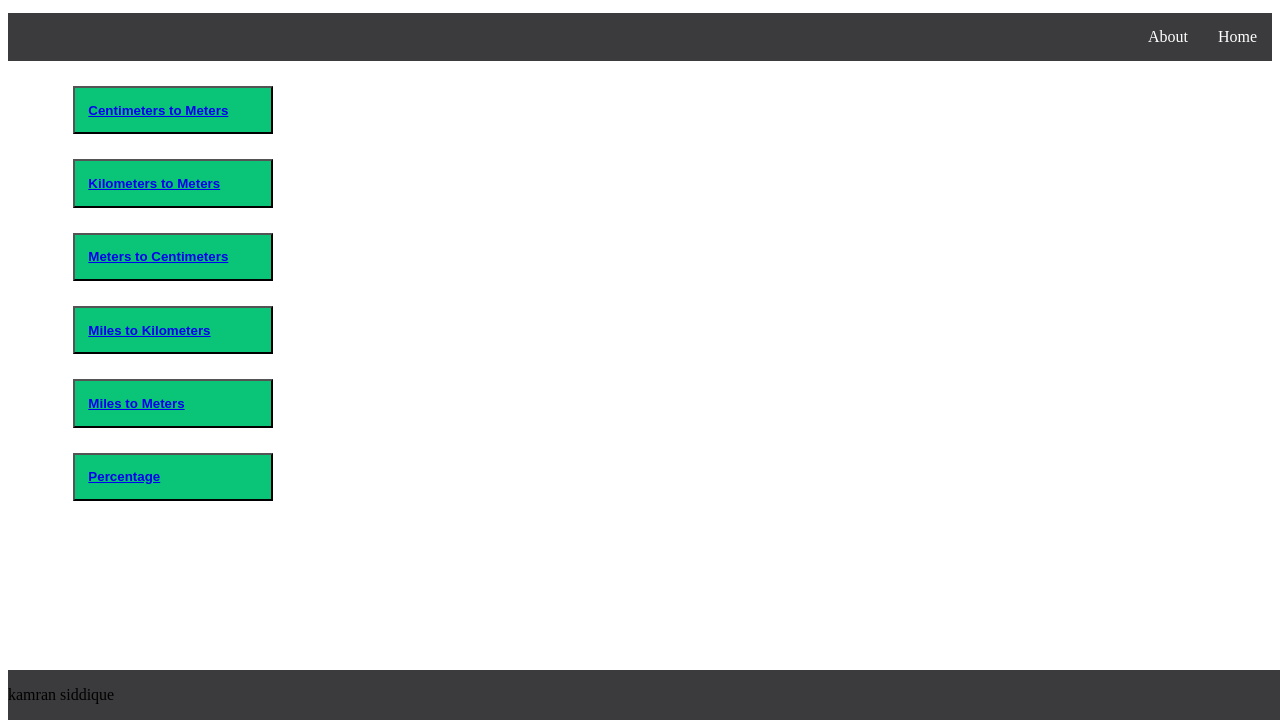
Repository: Kamrangujjar85112/Length-Converter
Page: html/home.html
An editor plug-in stored every save of this project. The page is shown before and after the next save, followed by the edit.
The browser window is 1280 px wide. The pictures show the whole page.

Above is the page before, as saved 2022-01-21 03:35:23.

After the next save:
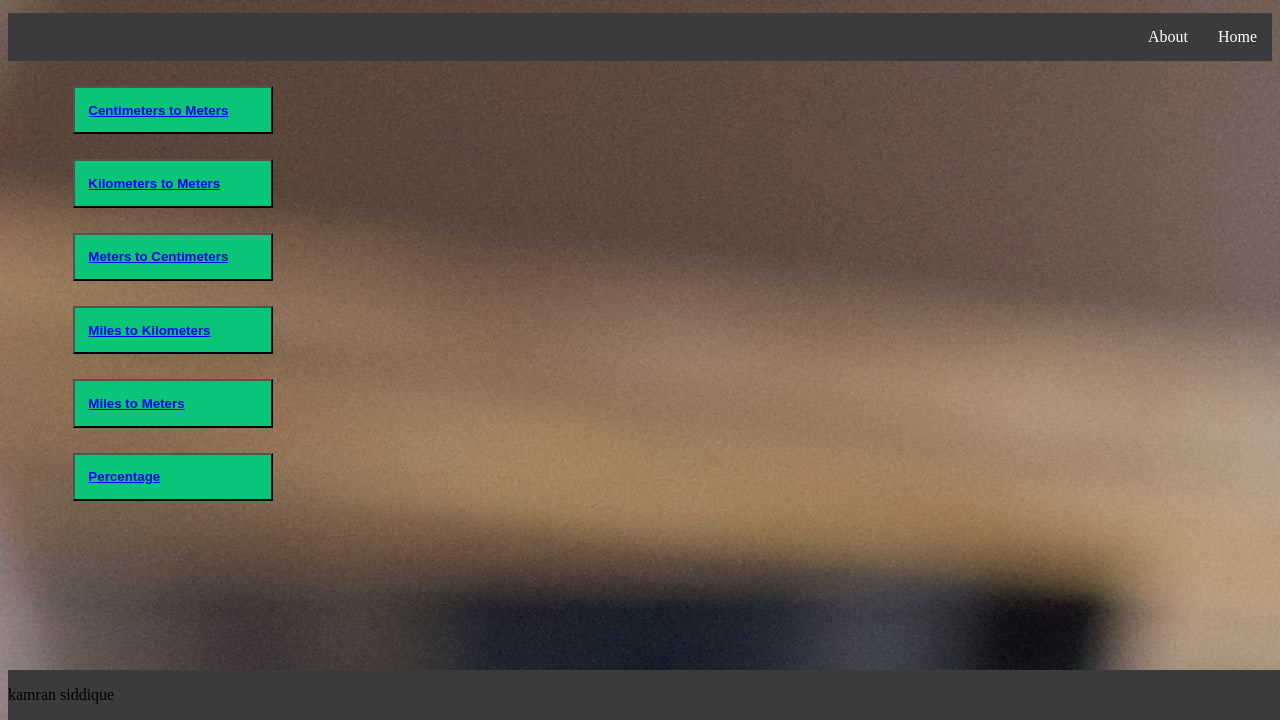
Saved 5 min 54 s later.
--- a/css/style.css
+++ b/css/style.css
@@ -1,6 +1,7 @@
   body{
     padding-top: 5px;
     padding-bottom: 40px;
+    background-image: url('background.jpg');
 }
 .header{
     top: 0;
